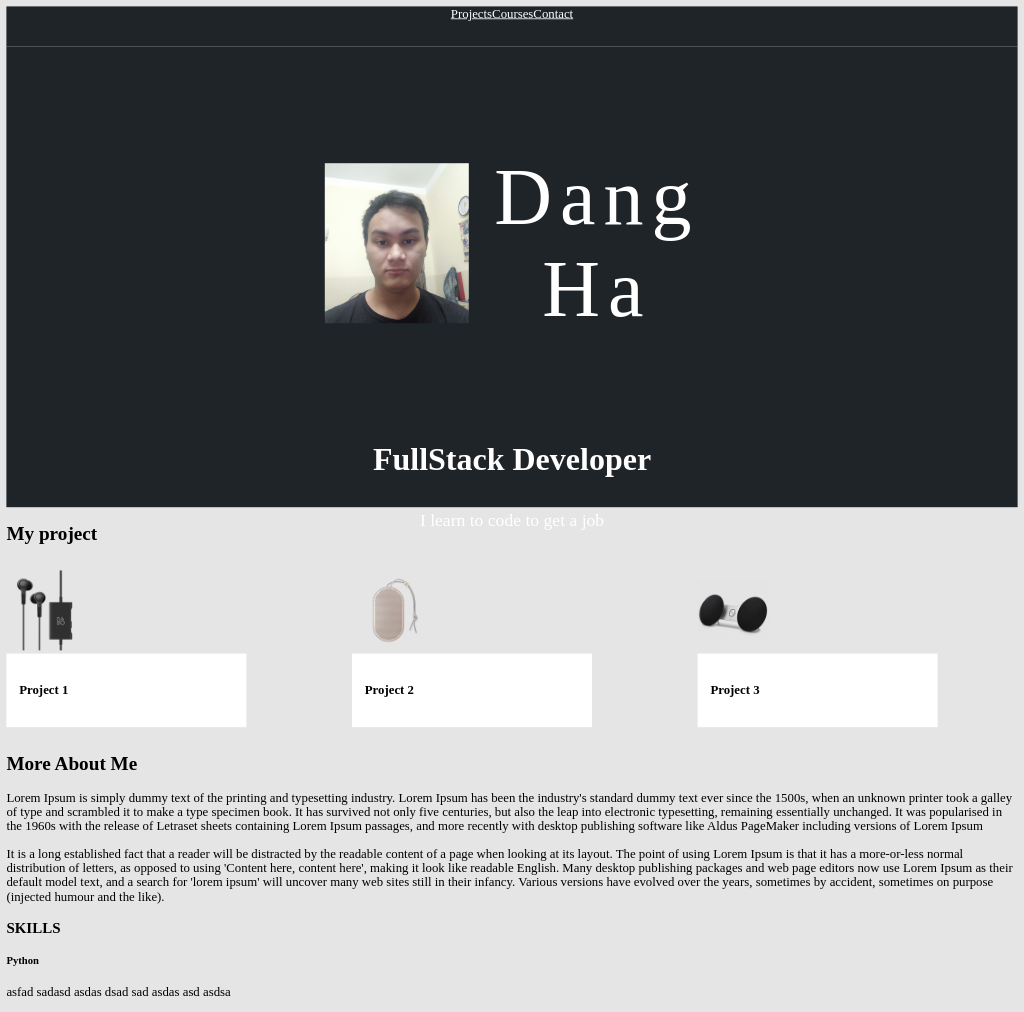
Repository: hagit01/ha-portfolio
Page: home.html
An editor plug-in stored every save of this project. The page is shown before and after the next save, followed by the edit.
The browser window is 1280 px wide. The pictures show the whole page, at 80% of full size.

Above is the page before, as saved 2021-07-30 11:00:12.

### home.html
<!DOCTYPE html>
<html>
<head>
    <meta charset="utf-8" >
    <meta http-equiv="X-UA-Compatible" content="IE=edge" >
    <title>Dang Ha</title>
    <meta name="viewport" content="width=device-width, initial-scale=1" />
    <link rel="stylesheet" type="text/css" media="screen" href="main.css" >
</head>

<body>

    <section class="navigation-bar">

        <a class="nav-link" href="#">
            Projects
        </a>

        <a class="nav-link" href="#">
            Courses
        </a>

        <a class="nav-link" href="#">
            Contact
        </a>

    </section>

    <section class="hero">
        <div class="hero--content">
            <div class="hero--content--intro">
                <img id="profile_pic" src="images/dangha.jpg" alt="">
                <h1 class="intro--name">Dang <br> Ha</h1>
            </div>
            <div class="hero--content--subsection">
                <h3 class="description">FullStack Developer</h3>
                <p class="slogan">I learn to code to get a job</p>
            </div>
        </div>
    </section>

    <section class="container">
        <h2>My project</h2>
        <div class="projects--wrapper">
            <div class="project--column">
                <img class="project--thumbnail" src="images/1.png" alt="" >
                <div class="project--body">
                    <h4>Project 1</h4>
                </div>
            </div>
            <div class="project--column">
                <img class="project--thumbnail" src="images/2.png" alt="" >
                <div class="project--body">
                    <h4>Project 2</h4>
                </div>
            </div>
            <div class="project--column">
                <img class="project--thumbnail" src="images/3.png" alt="" >
                <div class="project--body">
                    <h4>Project 3</h4>
                </div>
            </div>
        </div>


        <div class="about-wrapper">
            <h2>More About Me</h2>
            <p>Lorem Ipsum is simply dummy text of the printing and typesetting industry. Lorem Ipsum has been the industry's standard dummy text ever since the 1500s, when an unknown printer took a galley of type and scrambled it to make a type specimen book. It has survived not only five centuries, but also the leap into electronic typesetting, remaining essentially unchanged. It was popularised in the 1960s with the release of Letraset sheets containing Lorem Ipsum passages, and more recently with desktop publishing software like Aldus PageMaker including versions of Lorem Ipsum</p>
            <p>It is a long established fact that a reader will be distracted by the readable content of a page when looking at its layout. The point of using Lorem Ipsum is that it has a more-or-less normal distribution of letters, as opposed to using 'Content here, content here', making it look like readable English. Many desktop publishing packages and web page editors now use Lorem Ipsum as their default model text, and a search for 'lorem ipsum' will uncover many web sites still in their infancy. Various versions have evolved over the years, sometimes by accident, sometimes on purpose (injected humour and the like).</p>
        </div>
    </section>

    <div class="skills-container">
        <h3>SKILLS</h3>
        <div class="skill-wrapper">
            <h5>Python</h5>
            <p>asfad sadasd asdas dsad sad asdas asd asdsa</p>
        </div>
    </div>

</body>



</html>

### main.css
body{
    background-color: #E5E5E5;
}

.navigation-bar{
    background-color: #1F2428;
    height: 50px;
    display:flex;
    justify-content: center;
}

.nav-link{
    color: #fff;
}

.hero{
    background-color: #1F2428;
    height: 80vh;
    color:#fff;
}

#profile_pic{
    height: 200px;
    width: 180px;
    object-fit: cover;
}

.hero--content{
    width: 1000;
    margin: 0 auto;
    padding: 3em;
}

.hero--content--intro{
    display: flex;
    color: #fff;
    justify-content: center;
    align-items: center;
    gap: 2em;
    margin-bottom: 3em;
}

.hero--content--subsection{
    text-align: center;
}

.intro--name{
    font-size: 100px;
    letter-spacing: .1em;
    font-weight: 20;
    text-align: center;
}

.description{
    font-size: 40px;
}

.slogan{
    font-size:22px;
}

.projects--wrapper{
    display: grid;
    grid-template-columns: 1fr 1fr 1fr;
    gap: 2em;
    margin-top: 2em;
    margin-bottom: 2em;
}

.project--column{
    width: 300px;
}

.project--thumbnail{
    width: 100px;
}

.project--body{
    background-color: #fff;
    padding: 1em;
}

.skills--container{
    width: 600px;
    margin:0 auto;
}

After the next save:
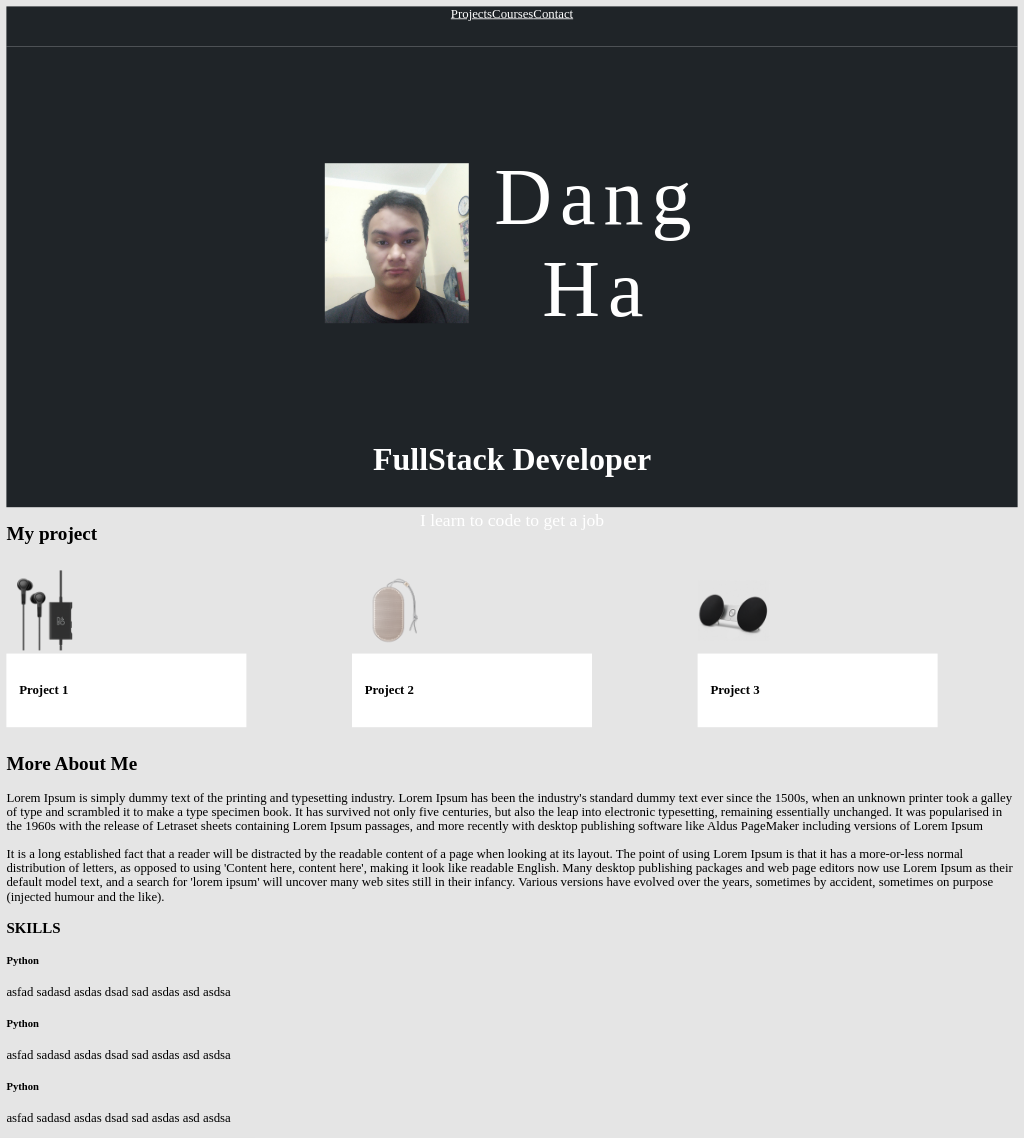
Saved 39 s later.
--- a/home.html
+++ b/home.html
@@ -76,6 +76,14 @@
             <h5>Python</h5>
             <p>asfad sadasd asdas dsad sad asdas asd asdsa</p>
         </div>
+        <div class="skill-wrapper">
+            <h5>Python</h5>
+            <p>asfad sadasd asdas dsad sad asdas asd asdsa</p>
+        </div>
+        <div class="skill-wrapper">
+            <h5>Python</h5>
+            <p>asfad sadasd asdas dsad sad asdas asd asdsa</p>
+        </div>
     </div>
 
 </body>
